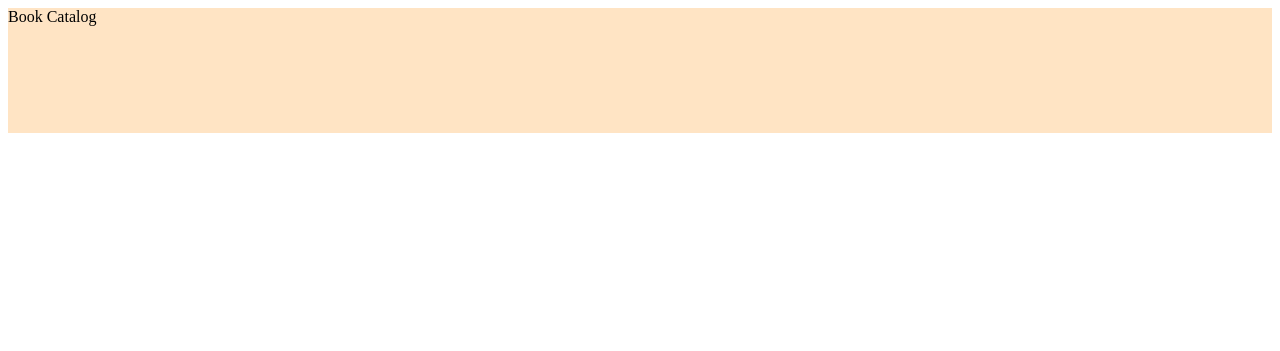
Repository: richelletiongson/comp3170_lab01
Page: /
These files come from the project's save history. The page is drawn as it stood at one moment and after the next save; the edit follows.
The browser window is 1280 px wide. The pictures show the whole page.
The project was rebuilt for these pictures with package versions that can differ from the ones it lists, and the page was loaded fresh each time. Also part of the build but not shown: vite.config.js.

Above is the page before, as saved 2025-09-13 22:52:11.

After the next save:
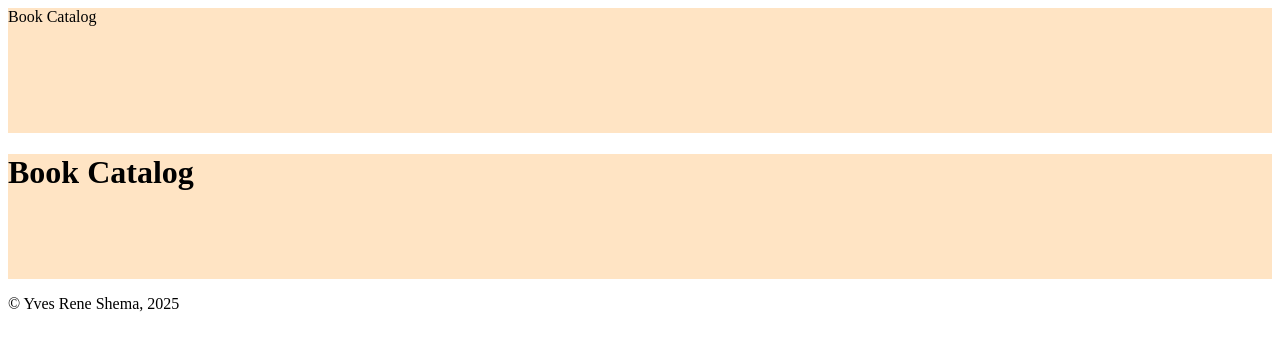
Saved 7 min 8 s later.
--- a/src/App.jsx
+++ b/src/App.jsx
@@ -1,9 +1,22 @@
 
-
+import './index.css'
 
 function App() {
+  return (
+    <div className="app">
+      <header className="header">
+        <h1 className="header-title">Book Catalog</h1>
+      </header>
 
+      <main className="main-content">
+        {/* Main content will go here */}
+      </main>
 
+      <footer className="footer">
+        <p className="footer-text">© Yves Rene Shema, 2025</p>
+      </footer>
+    </div>
+  )
 }
 
 export default App
